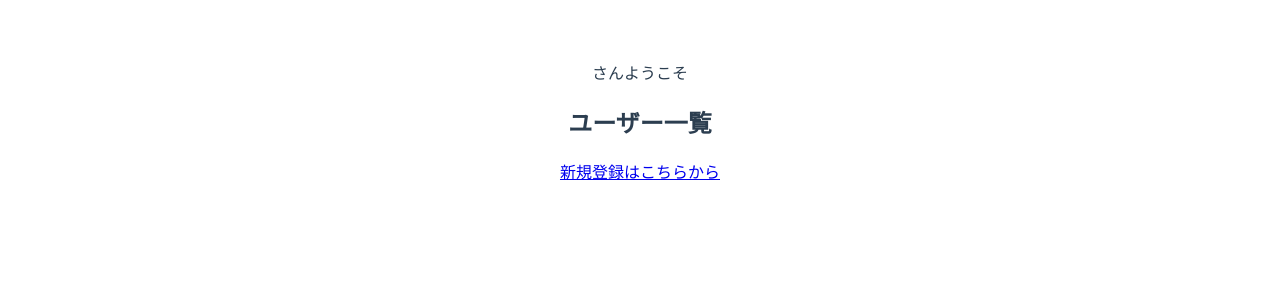
Repository: daisukey623/authentication
Page: /
An editor plug-in stored every save of this project. The page is shown before and after the next save, followed by the edit.
The browser window is 1280 px wide. The pictures show the whole page.
The project was rebuilt for these pictures with package versions that can differ from the ones it lists, and the page was loaded fresh each time. Also part of the build but not shown: src/views/Login.vue, src/views/Register.vue.

Above is the page before, as saved 2021-05-22 19:18:10.

### src/main.js
import Vue from 'vue';
import App from './App.vue';
import router from './router';
import firebase from 'firebase/app';
import 'firebase/firestore';


  // Your web app's Firebase configuration
  const firebaseConfig = {
    apiKey: "AIzaSyALEeG-uCX4SsTwYA51b2yka3Lb7Iv2w4Q",
    authDomain: "vuejs-http-de60c.firebaseapp.com",
    projectId: "vuejs-http-de60c",
    storageBucket: "vuejs-http-de60c.appspot.com",
    messagingSenderId: "897481049619",
    appId: "1:897481049619:web:c9e774a648e193e87c61e6"
  };
  // Initialize Firebase
  firebase.initializeApp(firebaseConfig);


new Vue({
  router,
  render: h => h(App)
}).$mount('#app');

export default firebase

// export const signupUserWithEmailAndPassword = async (email,password) => {
//   try {
//      const user = await firebase.auth().createUserWithEmailAndPassword(email, password)
//      console.log('登録成功')
//      return user;

//   } catch(error) {
//     console.log(error);
//     alert('登録失敗')
//   }
// }

### src/App.vue
<template>
  <div id="app">
    <header>
    <router-view></router-view>
    </header>
  </div>
</template>

<style scoped>
.header-item {
  padding: 10px;
}

</style>

<style>
#app {
  font-family: 'Avenir', Helvetica, Arial, sans-serif;
  -webkit-font-smoothing: antialiased;
  -moz-osx-font-smoothing: grayscale;
  text-align: center;
  color: #2c3e50;
  margin-top: 60px;
}
</style>

### src/router/index.js
import Vue from 'vue'
import VueRouter from 'vue-router'
import Dashboard from '../views/Dashboard.vue';
import Login from '../views/Login.vue';
import Register from '../views/Register.vue';


Vue.use(VueRouter)

const routes = [
  {
    path: '/',
    component: Dashboard
  },
  {
    path: '/login',
    component: Login
  },
  {
    path: '/register',
    component: Register
  },
]

const router = new VueRouter({
  mode: 'history',
  base: process.env.BASE_URL,
  routes
})

export default router

### src/views/Dashboard.vue
<template>
  <div>
    <div>{{ userName }}さんようこそ</div>
    <h2>ユーザー一覧</h2>
        <router-link to="/register">新規登録はこちらから</router-link>
  </div>
</template>

<script>
import firebase from 'firebase';
export default {
  data() {
    return {
      // name: '',
      comment: '',
      getName: userName,
    };
  },methods:{
    getName(){
    }
  }
};
</script>

Loaded but not shown: public/index.html (common file)

After the next save:
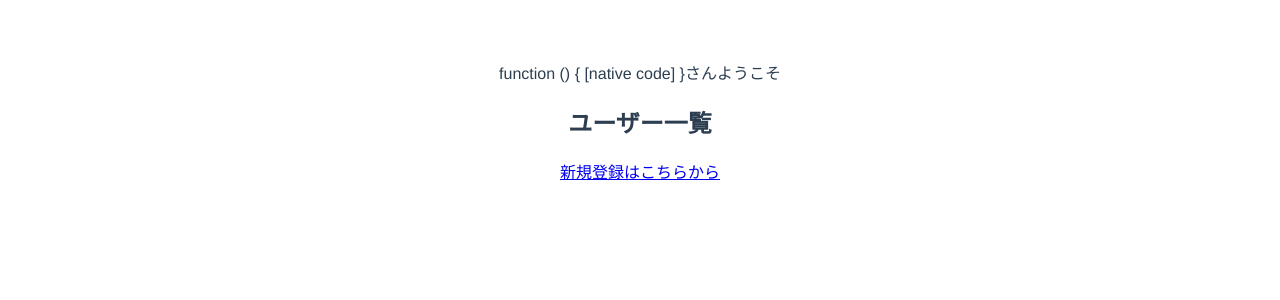
Saved 15 s later.
--- a/src/views/Dashboard.vue
+++ b/src/views/Dashboard.vue
@@ -1,6 +1,6 @@
 <template>
   <div>
-    <div>{{ userName }}さんようこそ</div>
+    <div>{{ getName }}さんようこそ</div>
     <h2>ユーザー一覧</h2>
         <router-link to="/register">新規登録はこちらから</router-link>
   </div>

After the save that followed:
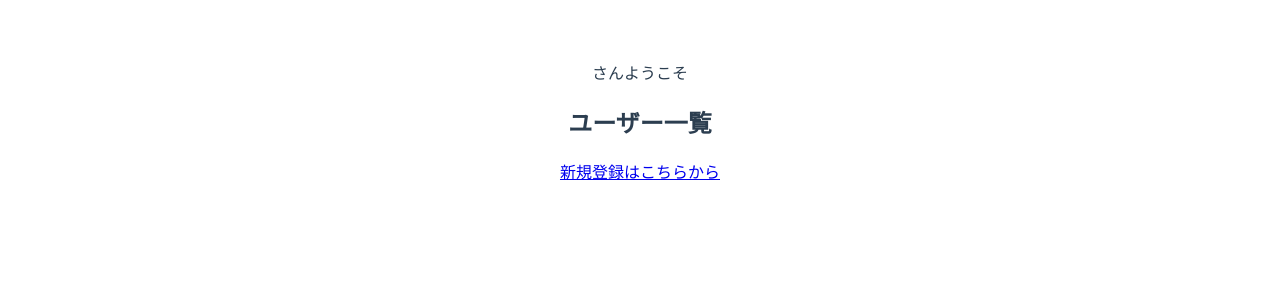
Saved 8 s later.
--- a/src/views/Dashboard.vue
+++ b/src/views/Dashboard.vue
@@ -1,6 +1,6 @@
 <template>
   <div>
-    <div>{{ getName }}さんようこそ</div>
+    <div>{{ userName }}さんようこそ</div>
     <h2>ユーザー一覧</h2>
         <router-link to="/register">新規登録はこちらから</router-link>
   </div>
@@ -13,7 +13,7 @@
     return {
       // name: '',
       comment: '',
-      getName: userName,
+      getName: getName,
     };
   },methods:{
     getName(){
